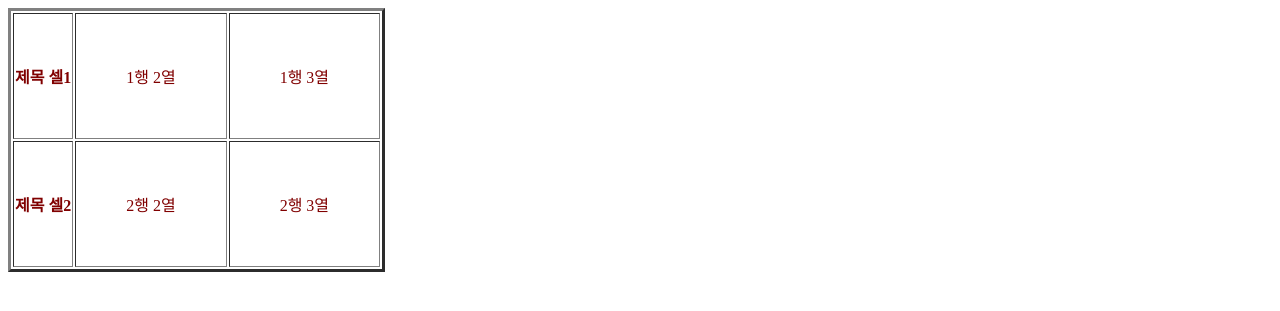
Repository: seulhwangbo/SeulJSP
Page: jspSrc17/webStandard01/src/main/webapp/02/table01.html
An editor plug-in stored every save of this project. The page is shown before and after the next save, followed by the edit.
The browser window is 1280 px wide. The pictures show the whole page.

Above is the page before, as saved 2024-06-13 05:47:29.

After the next save:
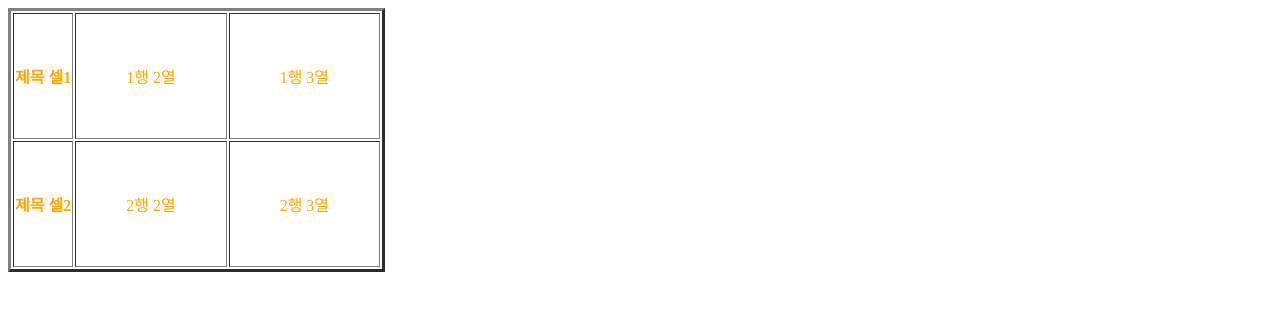
Saved 14 s later.
--- a/jspSrc17/webStandard01/src/main/webapp/02/table01.html
+++ b/jspSrc17/webStandard01/src/main/webapp/02/table01.html
@@ -8,7 +8,7 @@
 		padding: 50px;
 	}
 	tr{
-		color: maroon;
+		color: orange;
 	}
 </style>
 </head>
